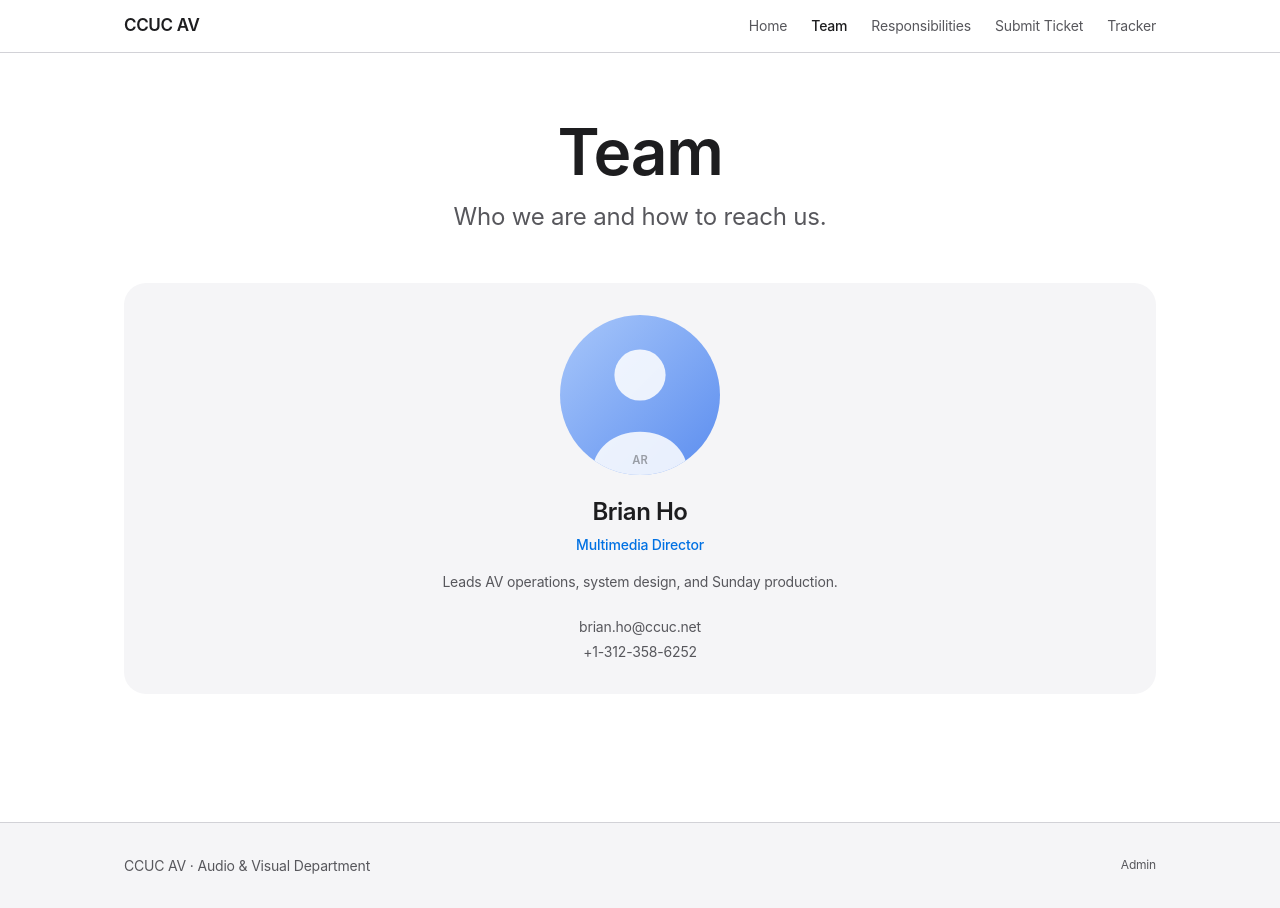
Repository: fakebrianho/ccuc_av
Page: /team
These files come from the project's save history. The page is drawn as it stood at one moment and after the next save; the edit follows.
The browser window is 1280 px wide. The pictures show the whole page.
The project was rebuilt for these pictures with package versions that can differ from the ones it lists, and the page was loaded fresh each time. The framework's server and built-in components were replaced by stand-ins that run in the browser. Also part of the build but not shown: next.config.mjs.

Above is the page before, as saved 2026-10-04 10:17:45.

After the next save:
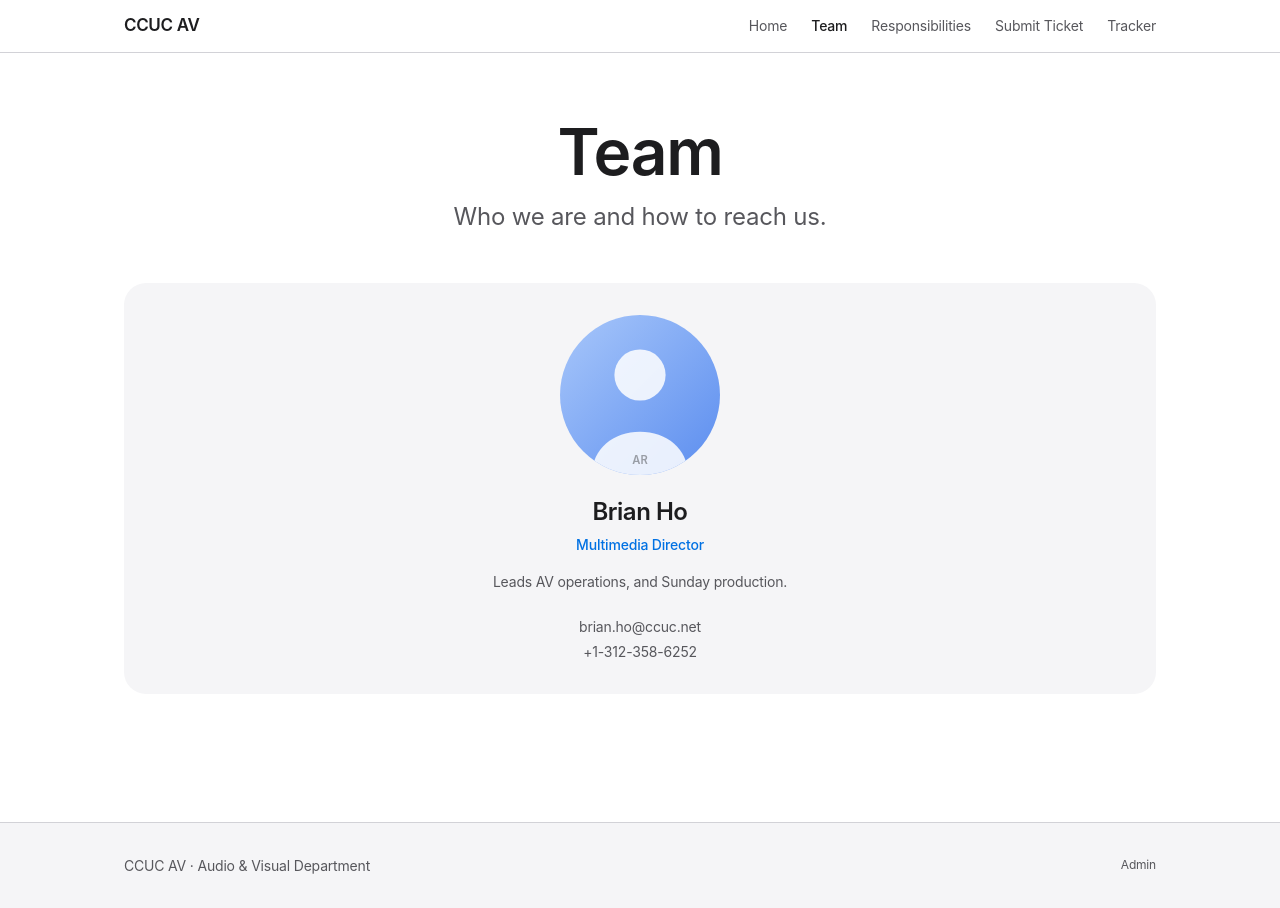
Saved 8 s later.
--- a/src/data/team.js
+++ b/src/data/team.js
@@ -7,7 +7,7 @@ export const team = [
     email: "brian.ho@ccuc.net",
     phone: "+1-312-358-6252",
     photo: "/team/placeholder-1.svg",
-    bio: "Leads AV operations, system design, and Sunday production.",
+    bio: "Leads AV operations, and Sunday production.",
   },
 
 ];
